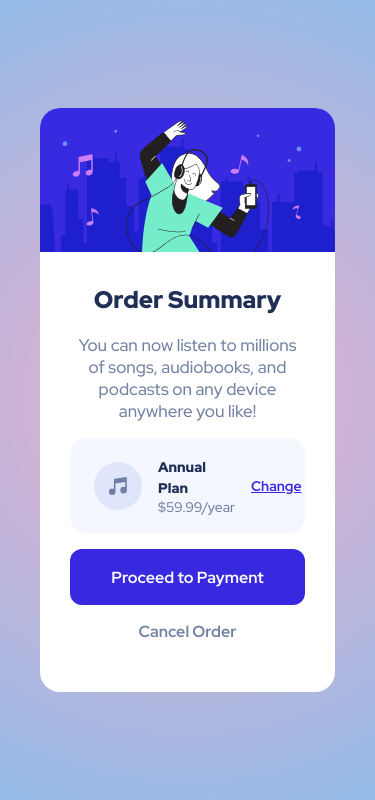
Repository: KamoliddinGIT/order-summary-card
Page: index.html
The author's editor kept a copy of each file at every save. The page is drawn from the files as they stood at one save, then again after the next save.
The browser window is 375 px wide. The pictures show the whole page.

Above is the page before, as saved 2023-09-13 11:35:06.

After the next save:
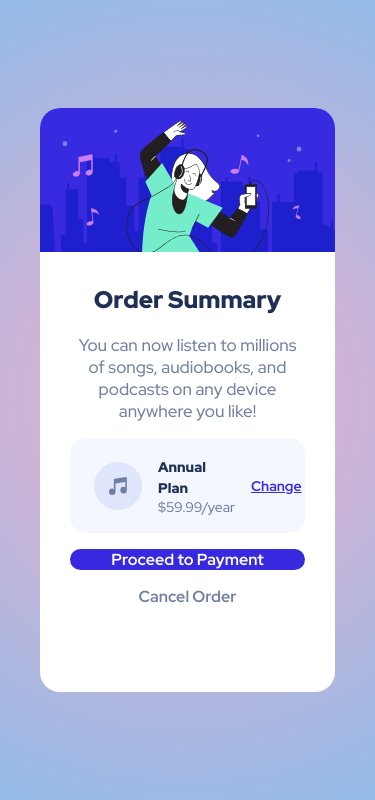
Saved 10 s later.
--- a/css/style.css
+++ b/css/style.css
@@ -180,6 +180,7 @@
     width: 100%;
   }
   .items {
+    height: 350px;
     padding: 30px;
     width: 100%;
   }

After the save that followed:
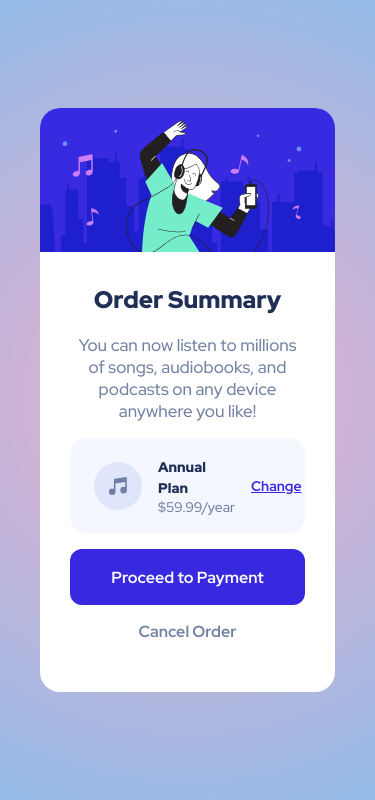
Saved 8 s later.
--- a/css/style.css
+++ b/css/style.css
@@ -180,7 +180,6 @@
     width: 100%;
   }
   .items {
-    height: 350px;
     padding: 30px;
     width: 100%;
   }
